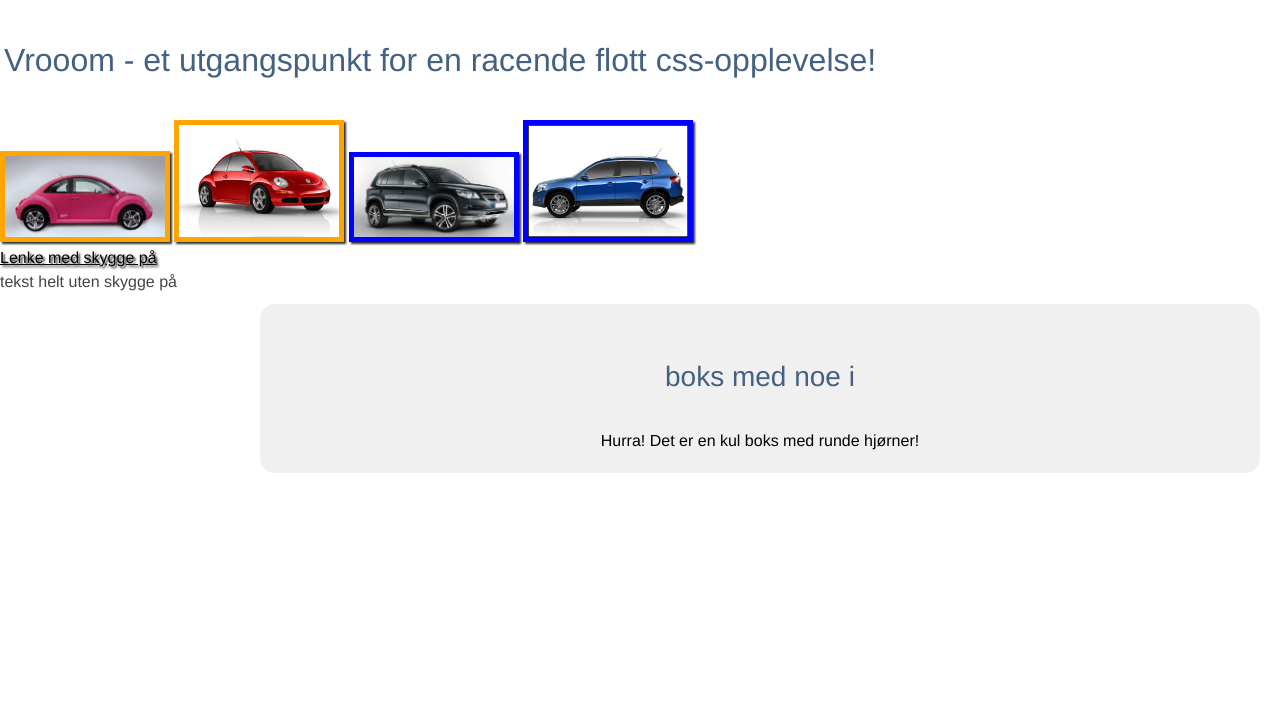
Repository: mesan/css-kurs
Page: kode/wroom/index.html
An editor plug-in stored every save of this project. The page is shown before and after the next save, followed by the edit.
The browser window is 1280 px wide. The pictures show the whole page.

Above is the page before, as saved 2013-01-21 21:36:51.

### kode/wroom/index.html
<!DOCTYPE html>
<html lang="en">
	<head>
		<meta charset="utf-8" />
		<link rel="stylesheet" type="text/css" href="styles/reset.css"/>
		<link rel="stylesheet" type="text/css" href="styles/examples.css"/>

		<!-- Always force latest IE rendering engine (even in intranet) & Chrome Frame
		Remove this if you use the .htaccess -->
		<meta http-equiv="X-UA-Compatible" content="IE=edge,chrome=1" />

		<title>Vrooom!</title>
		<meta name="description" content="" />
		<meta name="viewport" content="width=device-width; initial-scale=1.0" />

	</head>

	<body>
		<div>
			<header>
				<h1>Vrooom - et utgangspunkt for en racende flott css-opplevelse!</h1>
			</header>

			<div>
				<!--fjernes-->
				<img src="images/volkswagen-beetle-pink.jpg" />
				<img src="images/volkswagen-beetle-red.jpg" />
				<img src="images/volkswagen-tiguan-nero.jpg" />
				<img src="images/volkswagen-tiguan.jpg" />
				<br />
				<p>
					<a href="#">Lenke med skygge på</a>
				</p>
				<p>tekst helt uten skygge på</p>
			</div>

			<div class="container">
				<h2>boks med noe i</h2>
				<p>
					Hurra! Det er en kul boks med runde hjørner!
				</p>
			</div>
			<footer>
				<p>

				</p>
			</footer>
		</div>
	</body>
</html>

### kode/wroom/styles/reset.css
@charset "utf-8";
/* --------------------------------------------------------------
-----------------------------------------------------------------

	DEFINITIONS: HTML5 DOCTOR
	AUTHOR:      HTML5 DOCTOR
	VERSION:     2012-02-20

/*  RESET
-----------------------------------------------------------------------------------------------
===============================================================================================*/
/* http://meyerweb.com/eric/tools/css/reset/ */
html,body,div,span,applet,object,iframe,h1,h2,h3,h4,h5,h6,p,blockquote,pre,a,abbr,acronym,address,big,cite,code,del,dfn,em,img,ins,kbd,q,s,samp,small,strike,strong,sub,sup,tt,var,b,u,i,center,dl,dt,dd,ol,ul,li,fieldset,form,label,legend,table,caption,tbody,tfoot,thead,tr,th,td,article,aside,canvas,details,figcaption,figure,footer,header,hgroup,menu,nav,section,summary,time,mark,audio,video{
  margin:0;
  padding:0;
  border:0;
  outline:0;
  font-size:100%;
  font:inherit;
  vertical-align:baseline;
}
/* HTML5 display-role reset for older browsers */
article,aside,details,figcaption,figure,footer,header,hgroup,menu,nav,section{
  display:block;
}
nav ul{
  list-style:none;
}
table{
  border-collapse:collapse;
  border-spacing:0;
}

### kode/wroom/styles/examples.css

html{
    margin-bottom: 1px;
    min-height: 100%;
}
body {
    background: #FFFFFF;
    color: #444;
    font-family: Helvetica, Arial, sans-serif;
    font-size: 62.5%;
    font-size: 16px;
}

/****************
 * Nesting and grouping
 ****************/

/* Grouping - flere selektorer, samme stil. Litt mindre kode */
h1, h2, h3{
    color: #446181;
    line-height: 2.500em;
    margin: 0.625em 0.125em;
}

h1{ font-size: 2.000em; }
h2{ font-size: 1.750em; }
h3{ font-size: 1.500em; }


p{
    font-size: 1em;
    line-height: 1.5;
}
.container{
    background: #F0F0F0;
    width: 75%;

    margin-left:auto;
    margin-right:auto;

    padding: 1.250em;
    margin-top: 0.625em;
    margin-right: 1.250em;
    text-align: center;

    border-radius: 0.938em;
    -moz-border-radius: 0.938em;
    -webkit-border-radius: 0.938em;
}

/* Nesting - spesifisering av stil - selector inni selector */
.container p{
    color:#000000;
}

/***************
 * CSS3-selectors
 ***************/

/*Velger alle img-elementer på siden hvis src-atributt starter med "images"*/
img[src^="images"]{
	border: 5px solid orange;
}

/*Velger alle img-elementer på siden hvis src-atributt inneholder "tiguan"*/
img[src*="tiguan"]{
    border: 5px solid blue;
}

/*Velger alle img-elementer på siden hvis src-atributt slutter på ".jpg" */
img[src$=".jpg"]{
    width: 10em;

    box-shadow: 2px 2px 2px #2F2F2F;
}

/*Velger alle a-elementer på siden hvis href-atributt inneholder  "#" */
/* text-shadow med verdiene i rekkefølgen:
 ** horisontal plassering (kan også være negativ eller 0)
 ** vertikal plassering (kan også være negativ eller 0)
 ** blur (valgfri)
 ** farge */
a[href*="#"]{
    color: black;
    text-shadow: 2px 2px 2px #2F2F2F;
}

After the next save:
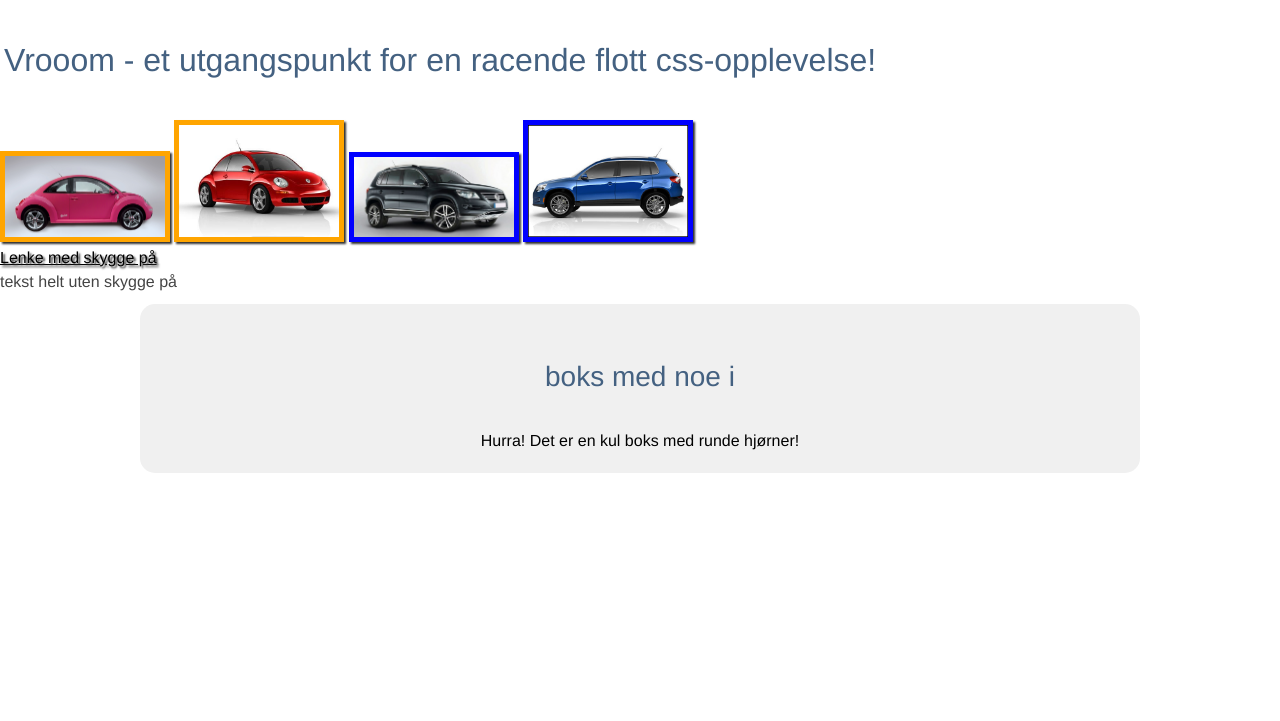
Saved 74 s later.
--- a/kode/wroom/styles/examples.css
+++ b/kode/wroom/styles/examples.css
@@ -40,7 +40,6 @@ p{
 
     padding: 1.250em;
     margin-top: 0.625em;
-    margin-right: 1.250em;
     text-align: center;
 
     border-radius: 0.938em;
